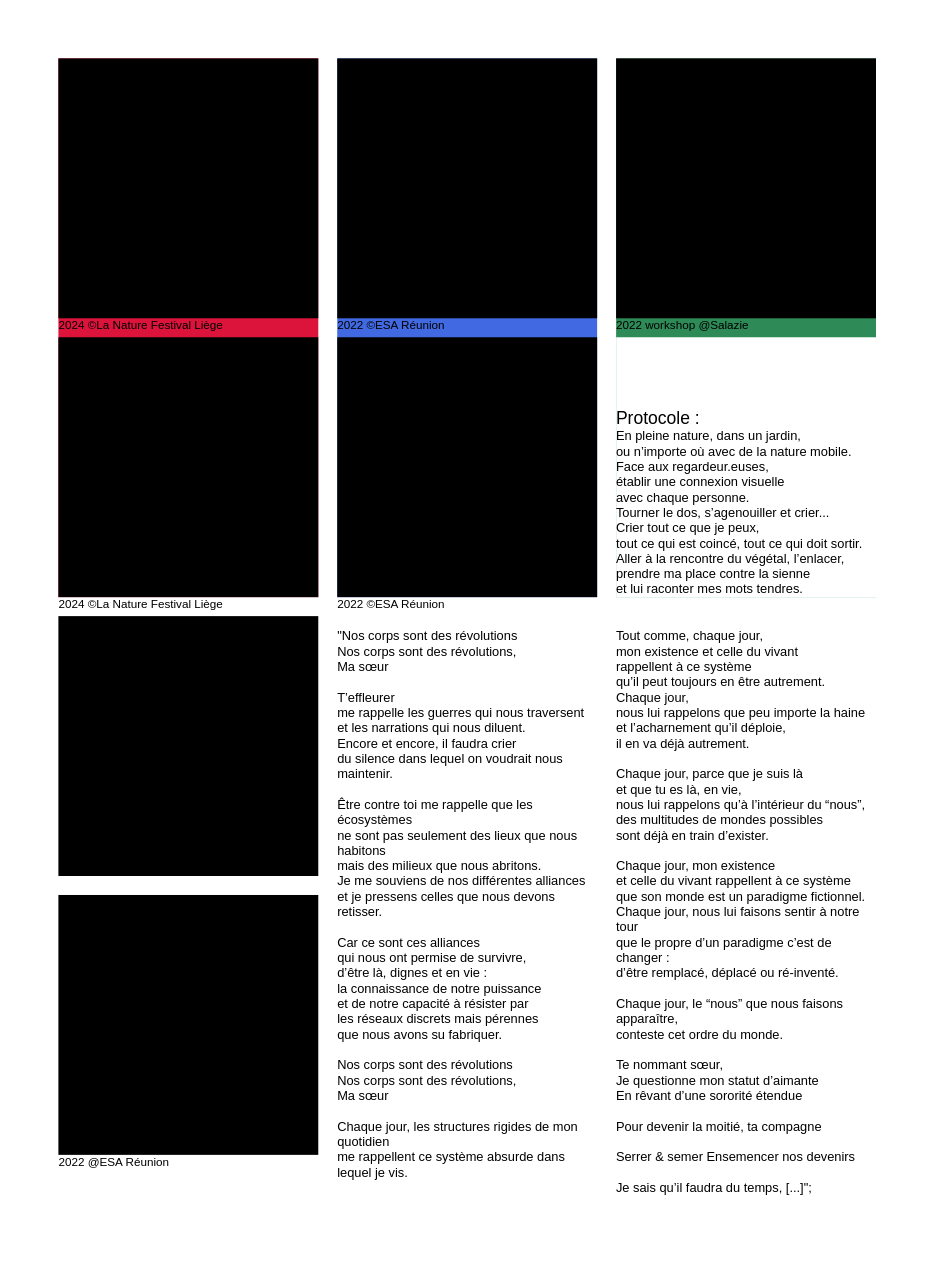
Repository: brunrhb/oce-p
Page: index.html
An editor plug-in stored every save of this project. The page is shown before and after the next save, followed by the edit.
The browser window is 1280 px wide. The pictures show the whole page, at 73% of full size.

Above is the page before, as saved 2025-06-07 11:44:30.

### index.html
<!DOCTYPE html>
<html lang="fr">
<head>
  <meta charset="UTF-8">
  <meta name="viewport" content="width=device-width, initial-scale=1.0">
  <title>Grid 3 colonnes avec placeholders</title>
  <link rel="stylesheet" href="styles.css">
  <script defer src="content.js"></script>
</head>
<body>



<section PROJET1 LIASONS VEGETALES>

  <div class="p1">
    <div class="grid-p1s1" id="partie1">

<div class="col-p1s1-1">
  <div class="media-block-p1s1">
    <div class="placeholder-p1s1"></div>
    <p class="credit" data-content="p1s1-credit1"></p>
  </div>

  <div class="media-block-p1s1">
    <div class="placeholder-p1s1"></div>
    <p class="credit" data-content="p1s1-credit2"></p>
  </div>
</div>

    <div class="col-p1s1-2">
      <div class="media-block-p1s1">
        <div class="placeholder-p1s1"></div>
        <p class="credit" data-content="p1s1-credit3"></p>
      </div>
      <div class="media-block-p1s1">
        <div class="placeholder-p1s1"></div>
        <p class="credit" data-content="p1s1-credit4"></p>
      </div>
    </div>

    <div class="col-p1s1-3">
      <div class="media-block-p1s1">
        <div class="placeholder-p1s1"></div>
        <p class="credit" data-content="p1s1-credit5"></p>
      </div>
     <div class="text-block-p1s1">
       <p class="protocole-titre" data-content="p1s1-protocole-titre"></p>
       <p class="protocole-corps" data-content="p1s1-protocole-corps"></p>
    </div>

  </div>

    </div>
    <div class="grid-p1s2" id="partie2">

  <div class="col-p1s2-1">
    <div class="media-block-p1s2-1">
    <div class="placeholder-p1s1"></div>
      <div class="media-block-p1s2-2">
      <div class="placeholder-p1s1"></div>
      <p class="credit" data-content="p1s2-credit"></p>
    </div>
    </div>
  </div>

  <div class="col-p1s2-2">
      <div class="text-block-p1s2">
        <p class="extrait" data-content="p1s2-extrait1"></p>
      </div>
  </div>

  <div class="col-p1s2-3">
      <div class="text-block-p1s2">
        <p class="extrait" data-content="p1s2-extrait2"></p>
      </div>

  </div>



    </div>
  </div>

</section>


</body>
</html>

### styles.css
body {
  margin: 0;
  font-family: sans-serif;
}

/* #region PROJET1 LIASONS VEGETALES*/
.p1 {
  display: flex;
  flex-direction: column;
  justify-content: flex-start;
  gap: 2vw;

}


/* #region slide1*/

/* 1 grille et colonnes */

.grid-p1s1 {
  display: grid;
  grid-template-columns: 1fr 1fr 1fr;
  padding-top: 5rem;
  padding-left:5rem ;
  padding-right:5rem ;
  column-gap: 2vw;
}

.col-p1s1-1 {
  display: flex;
  flex-direction: column;
  justify-content: flex-start;
  gap: 2vw;


  background-color: crimson;
}

.col-p1s1-2 {
  display: flex;
  flex-direction: column;
  justify-content: flex-start;
  gap: 2vw;

  background-color: royalblue;
}

.col-p1s1-3 {
  display: flex;
  flex-direction: column;
  justify-content: flex-start;
  gap: 2vw;

  background-color: seagreen;
}


/* 2 blocks et elements */

.media-block-p1s1 {
  display: block;
  width: 100%;
}

.placeholder-p1s1 {
  aspect-ratio: 1 / 1;
  width: 100%;
  background-color: black;
}

.credit {
  position: absolute;
  font-size: 1rem;
  line-height: 1.2;
  margin: 0;
  z-index: 10;

}

.text-block-p1s1 {
  display: flex;
  flex-direction: column;
  justify-content: flex-end;

  width: 100%;
  aspect-ratio: 1 / 1;
  background-color: white;

  padding: 0;
  margin: 0;
  gap: 0;
}

.protocole-titre {
  font-size: 1.5rem;
  margin: 0;
  padding: 0;
}

.protocole-corps {
  font-size: 1.1rem;
  margin: 0;
  padding: 0;
}

/* #endregion */


/* #region slide2

credit v`
*/

/* 1 grille et colonnes */

.grid-p1s2 {
  display: grid;
  grid-template-columns: 1fr 1fr 1fr;
  padding-bottom: 5rem;
  padding-left:5rem ;
  padding-right:5rem ;
  column-gap: 2vw;
}

.col-p1s2-1 {
  display: flex;
  flex-direction: column;
  justify-content: flex-start;
  gap: 20vw;
}

.col-p1s2-2 {
  display: flex;
}

.col-p1s2-3 {
  display: flex;
}


/* 2 blocks et elements */

.media-block-p1s2-1 {
  display: flex;
  flex-direction: column;
  gap: 2vw;
  position: relative;
  width: 100%;

}

.media-block-p1s2-2 {
  display: block;
  position: relative;
  width: 100%;

}

.text-block-p1s2 {
  gap: 0;
}

.extrait {
  font-size: 1.1rem;
}



/* #endregion */


/* #endregion */

### content.js
const content = {};

// #region PROJET1

// #region p1s1
content["p1s1-credit1"] = "2024 ©La Nature Festival Liège";
content["p1s1-credit2"] = "2024 ©La Nature Festival Liège";
content["p1s1-credit3"] = "2022 ©ESA Réunion";
content["p1s1-credit4"] = "2022 ©ESA Réunion";
content["p1s1-credit5"] = "2022 workshop @Salazie";

content["p1s1-protocole-titre"] = "Protocole :";
content["p1s1-protocole-corps"] = `
  En pleine nature, dans un jardin,<br>
  ou n’importe où avec de la nature mobile.<br>
  Face aux regardeur.euses,<br>
  établir une connexion visuelle<br>
  avec chaque personne.<br>
  Tourner le dos, s’agenouiller et crier...<br>
  Crier tout ce que je peux,<br>
  tout ce qui est coincé, tout ce qui doit sortir.<br>
  Aller à la rencontre du végétal, l’enlacer,<br>
  prendre ma place contre la sienne<br>
  et lui raconter mes mots tendres.
`;
// #endregion

// #region p1s2
content["p1s2-credit"] = "2022 @ESA Réunion";

content["p1s2-extrait1"] = `
  "Nos corps sont des révolutions<br>
Nos corps sont des révolutions,<br>
Ma sœur<br><br>

T’effleurer<br>
me rappelle les guerres qui nous traversent<br>
et les narrations qui nous diluent.<br>
Encore et encore, il faudra crier<br>
du silence dans lequel on voudrait nous maintenir.<br><br>

Être contre toi me rappelle que les écosystèmes<br>
ne sont pas seulement des lieux que nous habitons<br>
mais des milieux que nous abritons.<br>
Je me souviens de nos différentes alliances<br>
et je pressens celles que nous devons retisser.<br><br>

Car ce sont ces alliances<br>
qui nous ont permise de survivre,<br>
d’être là, dignes et en vie :<br>
la connaissance de notre puissance<br>
et de notre capacité à résister par<br>
les réseaux discrets mais pérennes<br>
que nous avons su fabriquer.<br><br>

Nos corps sont des révolutions<br>
Nos corps sont des révolutions,<br>
Ma sœur<br><br>

Chaque jour, les structures rigides de mon quotidien<br>
me rappellent ce système absurde dans lequel je vis.
 `;
content["p1s2-extrait2"] = `
Tout comme, chaque jour,<br>
mon existence et celle du vivant<br>
rappellent à ce système<br>
qu’il peut toujours en être autrement.<br>
Chaque jour,<br>
nous lui rappelons que peu importe la haine<br>
et l’acharnement qu’il déploie,<br>
il en va déjà autrement.<br><br>

Chaque jour, parce que je suis là<br>
et que tu es là, en vie,<br>
nous lui rappelons qu’à l’intérieur du “nous”,<br>
des multitudes de mondes possibles<br>
sont déjà en train d’exister.<br><br>

Chaque jour, mon existence<br>
et celle du vivant rappellent à ce système<br>
que son monde est un paradigme fictionnel.<br>
Chaque jour, nous lui faisons sentir à notre tour<br>
que le propre d’un paradigme c’est de changer :<br>
d’être remplacé, déplacé ou ré-inventé.<br><br>

Chaque jour, le “nous” que nous faisons apparaître,<br>
conteste cet ordre du monde.<br><br>

Te nommant sœur,<br>
Je questionne mon statut d’aimante<br>
En rêvant d’une sororité étendue<br><br>

Pour devenir la moitié, ta compagne<br><br>

Serrer & semer Ensemencer nos devenirs<br><br>

Je sais qu’il faudra du temps, [...]";
 `;
// #endregion

// #endregion


// #region injection
window.addEventListener("DOMContentLoaded", () => {
  Object.entries(content).forEach(([key, value]) => {
    const el = document.querySelector(`[data-content="${key}"]`);
    if (el) el.innerHTML = value;
  });
});
// #endregion

After the next save:
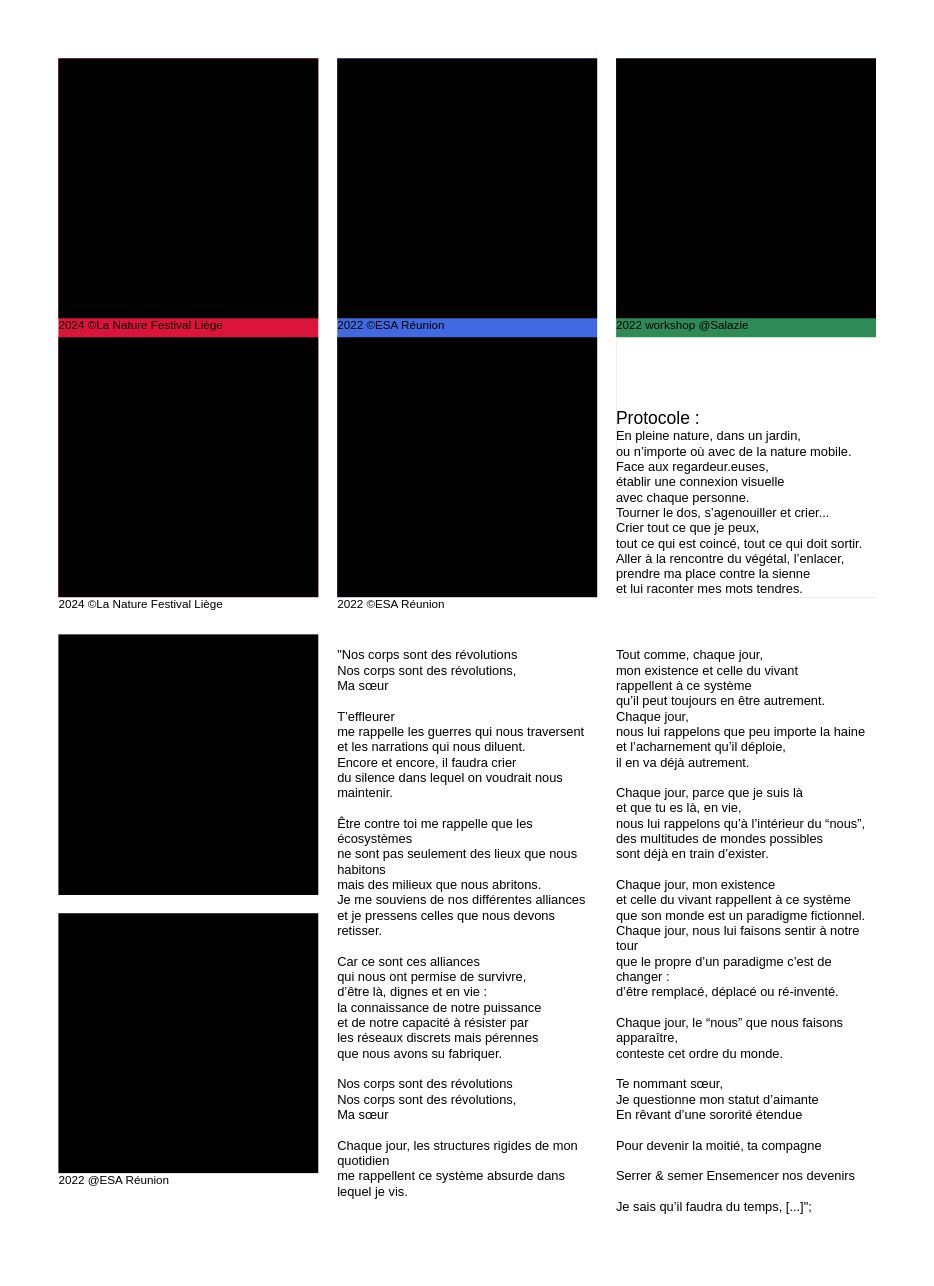
Saved 16 s later.
--- a/styles.css
+++ b/styles.css
@@ -8,7 +8,7 @@ body {
   display: flex;
   flex-direction: column;
   justify-content: flex-start;
-  gap: 2vw;
+  gap: 4vw;
 
 }
 
